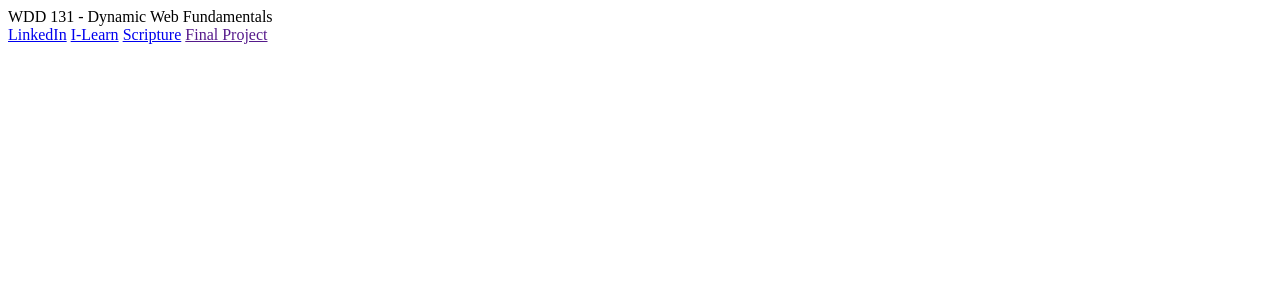
Repository: mateus-schiavi/wdd131
Page: index.html
The author's editor kept a copy of each file at every save. The page is drawn from the files as they stood at one save, then again after the next save.
The browser window is 1280 px wide. The pictures show the whole page.

Above is the page before, as saved 2026-01-10 12:52:03.

### index.html
<!DOCTYPE html>
<html lang="en">
<head>
    <meta charset="UTF-8">
    <meta name="viewport" content="width=device-width, initial-scale=1.0">
    <title>WDD 131 - Dynamic Web Fundamentals - Mateus de Sousa Schiavi</title>
</head>
<body>
    <header>
        <span id="course-title">WDD 131 - Dynamic Web Fundamentals</span>
        <nav>
            <a href="https://www.linkedin.com/in/mateus-de-sousa-schiavi/" target="_blank">LinkedIn</a>
            <a href="https://byupw.instructure.com/" target="_blank">I-Learn</a>
            <a href="https://www.churchofjesuschrist.org/study/scriptures/nt/matt/24?lang=eng&id=p14#p14" target="_blank">Scripture</a>
            <a href="">Final Project</a>
        </nav>
    </header>
    <main>

    </main>
    <footer></footer>
</body>
</html>

After the next save:
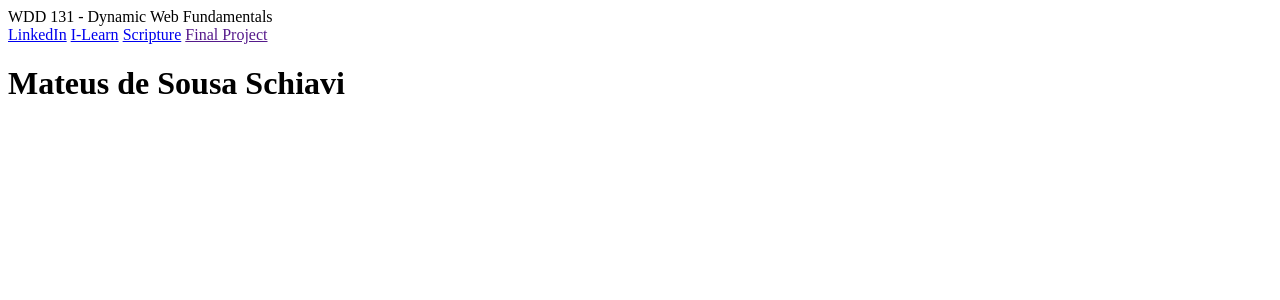
Saved 14 s later.
--- a/index.html
+++ b/index.html
@@ -16,7 +16,7 @@
         </nav>
     </header>
     <main>
-
+        <h1>Mateus de Sousa Schiavi</h1>
     </main>
     <footer></footer>
 </body>
